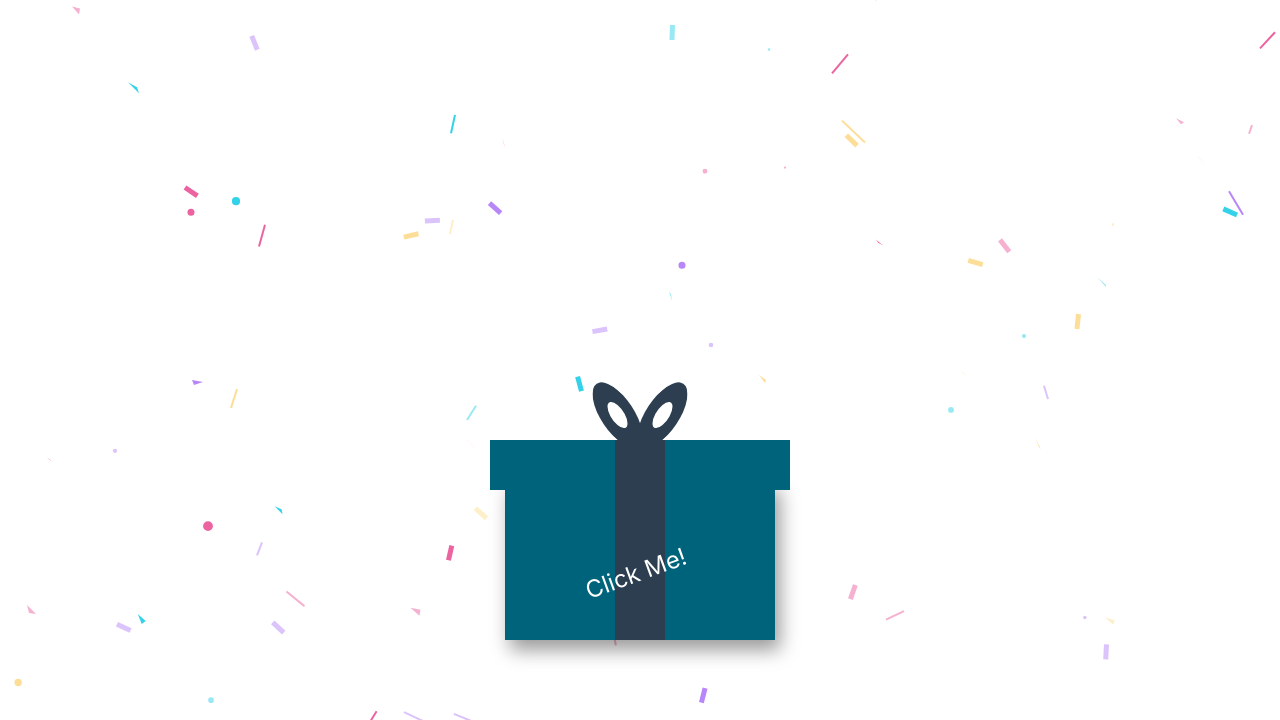
Repository: trongnghia161001/birth_day
Page: index.html
The author's editor kept a copy of each file at every save. The page is drawn from the files as they stood at one save, then again after the next save.
The browser window is 1280 px wide. The pictures show the whole page.
The pointer rests on the first visible `.giftbox > div`.

Above is the page before, as saved 2022-11-14 21:58:15.

After the next save:
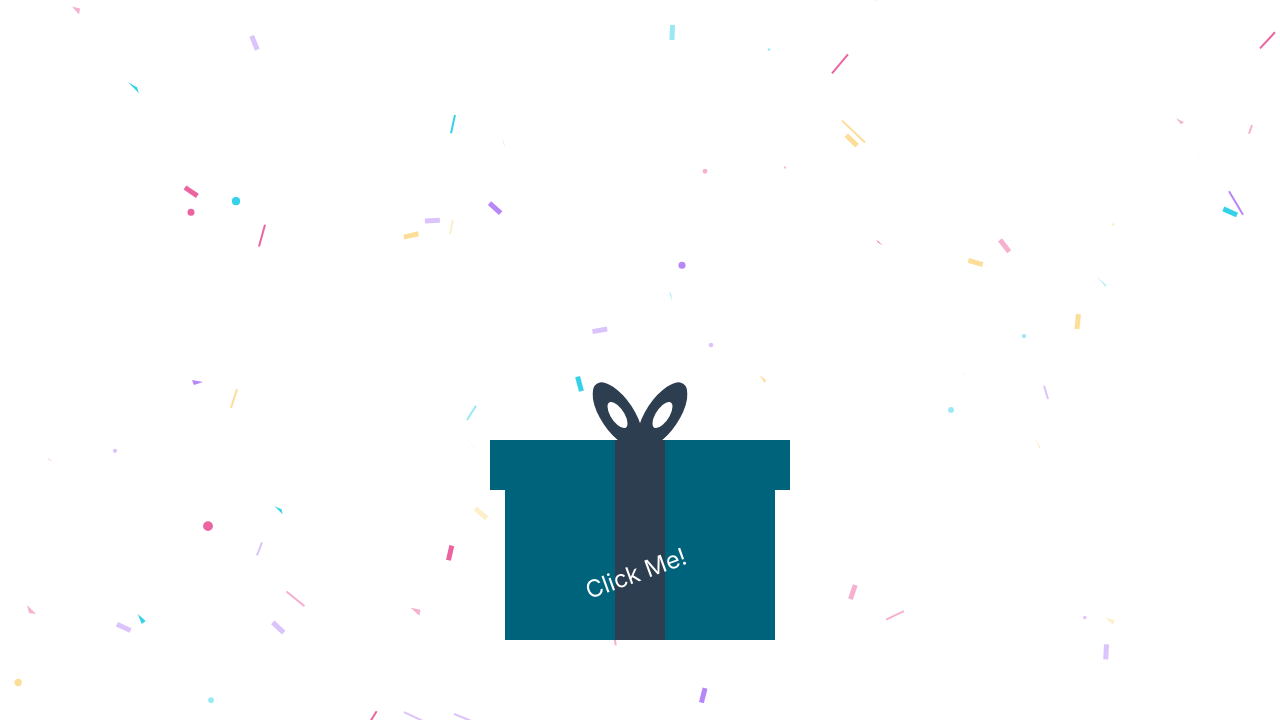
Saved 28 s later.
--- a/styles/style.css
+++ b/styles/style.css
@@ -57,7 +57,7 @@ li span {
   box-shadow: 5px 10px 18px rgba(0, 0, 0, 0.4);
 }
 
-.giftbox > div:hover {
+.giftbox:hover > div {
   box-shadow: none;
   transition: 1s all;
 }
